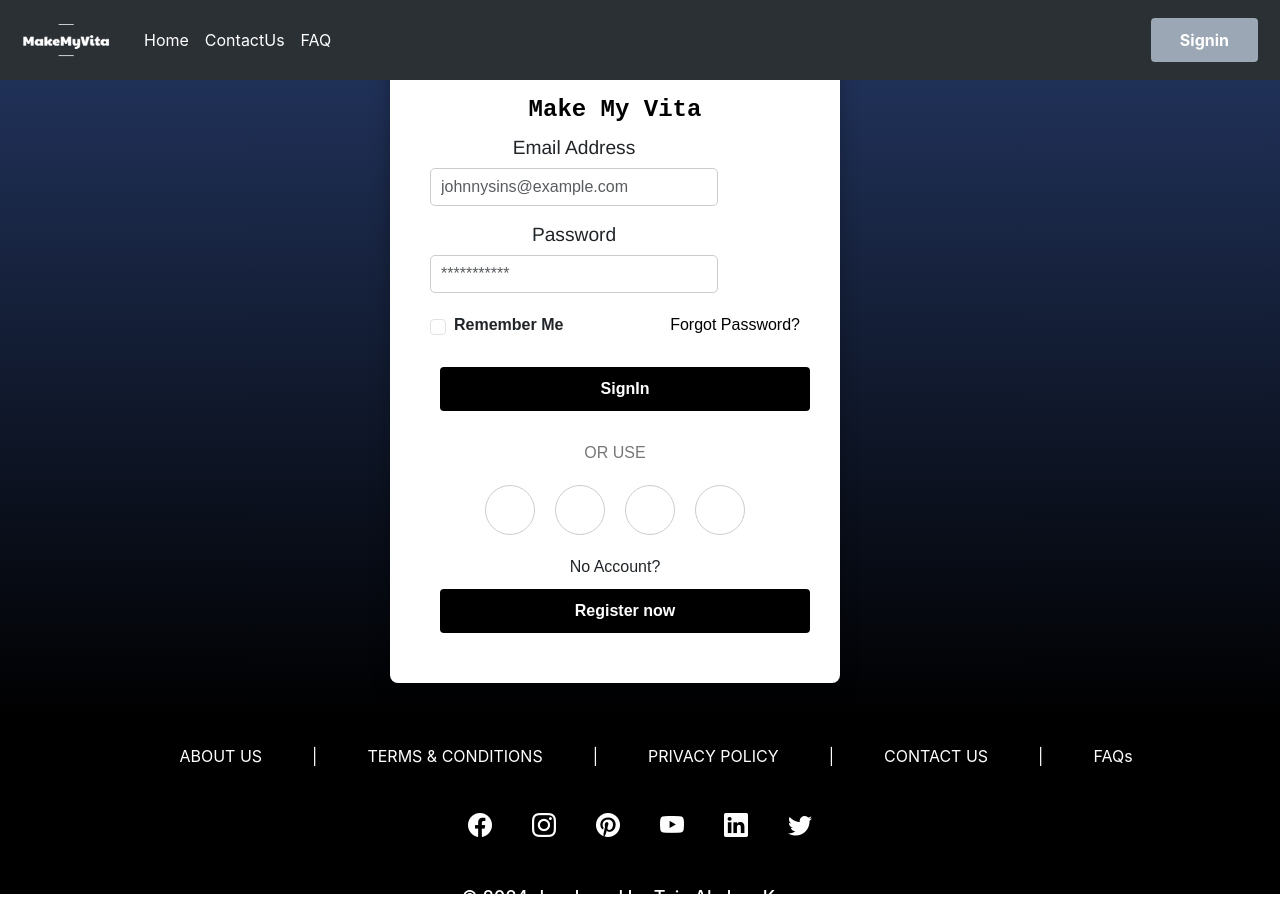
Repository: Tejaakshaykumar/MakeMyVita-Resume-Builder-Website
Page: /signin (app in frontend/)
These files come from the project's save history. The page is drawn as it stood at one moment and after the next save; the edit follows.
The browser window is 1280 px wide. The pictures show the whole page.
Some web fonts or font styles are not loaded; a fallback is used. Some web libraries are served in a nearby version. The project was rebuilt for these pictures with package versions that can differ from the ones it lists, and the page was loaded fresh each time. Also part of the build but not shown: frontend/src/App.css, frontend/src/containers/About.js, frontend/src/containers/Buildresume.js, frontend/src/containers/Images.js, frontend/src/containers/Features.js, frontend/src/containers/Review.js, frontend/src/containers/Trybox.js, frontend/src/containers/Motionbox.js and 21 more.

Above is the page before, as saved 2024-06-16 13:42:34.

After the next save:
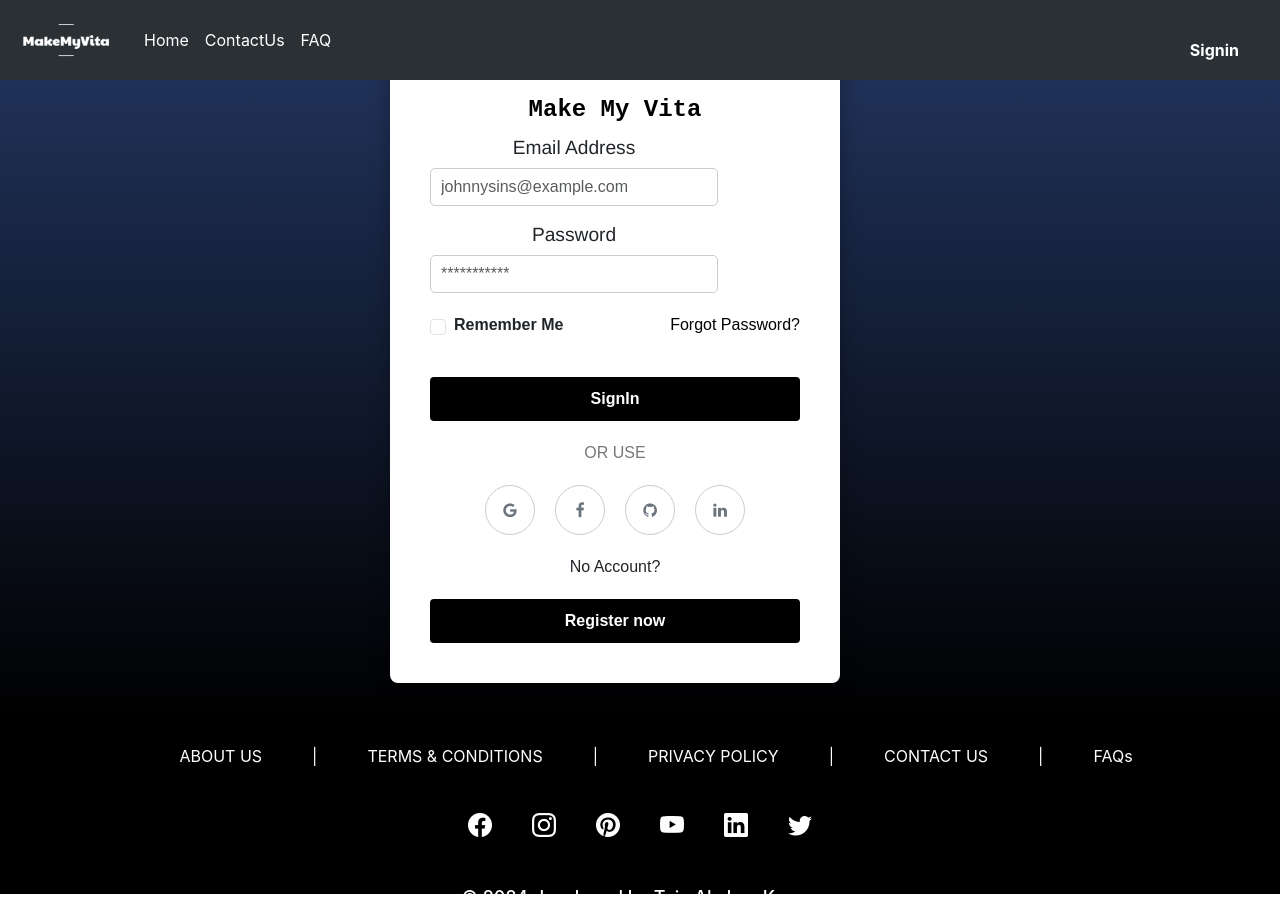
Saved 8 h 44 min later.
--- a/frontend/src/pages/pagestyles.css
+++ b/frontend/src/pages/pagestyles.css
@@ -402,14 +402,14 @@
     color: white;
   }
 
-  .btn {
+  /* .btn {
     padding: 10px 20px;
     margin: 10px;
     background-color: #9ba7b4;
     color: #fff;
     border: none;
     cursor: pointer;
-  }
+  } */
 
   .card-container {
     display: flex;
